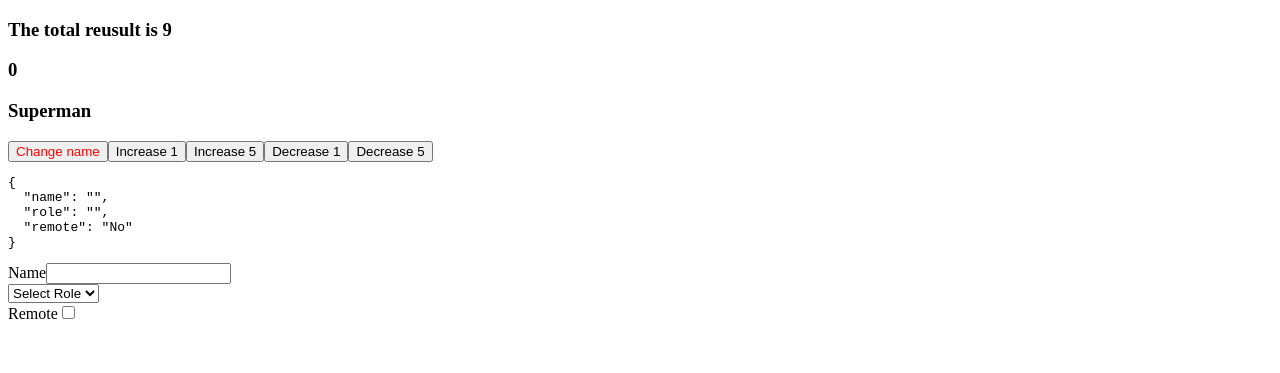
Repository: KZH2001/Vue_Practice
Page: / (app in Tutorial/)
The author's editor kept a copy of each file at every save. The page is drawn from the files as they stood at one save, then again after a run of saves.
The browser window is 1280 px wide. The pictures show the whole page.
The project was rebuilt for these pictures with package versions that can differ from the ones it lists, and the page was loaded fresh each time. Also part of the build but not shown: Tutorial/vite.config.js.

Above is the page before, as saved 2026-01-19 23:09:42.

### Tutorial/src/App.vue


  <template>
  <h3>The total reusult is {{ add(2,3,4) }}</h3>
  <h3>{{ number  }}</h3>

  <h3>{{ name }}</h3>
  <button  v-bind:style="{color:color}" v-on:click="name = 'Batman'">Change name</button>
  <button @click="increaseNumber(1)">Increase 1</button>
  <button @click="increaseNumber(5)">Increase 5</button>
  <button @click="decreaseNumber(1)">Decrease 1</button>
  <button @click="decreaseNumber(5)">Decrease 5</button>

  <pre>{{ JSON.stringify(formValues, null, 2) }}</pre>


  <form action="">
    <label for="name">Name</label>
    <input v-model="formValues.name" id="name" type="text">
    <br>

    <select name="" id="" v-model="formValues.role">
      <option value="">Select Role</option>
      <option value="Web">Web</option>
      <option value="Network">Network</option>
    </select>
    <br>

    <label for="">Remote</label>
    <input v-model="formValues.remote" type="checkbox" true-value ="Yes" false-value="No">
  </form>
  </template>

  <style scoped>

  </style>

  <script >
    export default{


      data(){
        return{
          name: 'Superman',
          color: 'red',
          number: 0,
          formValues: {
            name: '',
            role: '',
            remote: "No",
          }
        }
      },
      methods: {
      add(a,b,c){
        return a+b+c
      },

      increaseNumber(num){
        this.number += num
      },

      decreaseNumber(num){
        this.number -= num
      }

    }

  }

  </script>

Loaded but not shown: Tutorial/index.html (common file); Tutorial/src/main.js (common file)

After the next 6 saves:
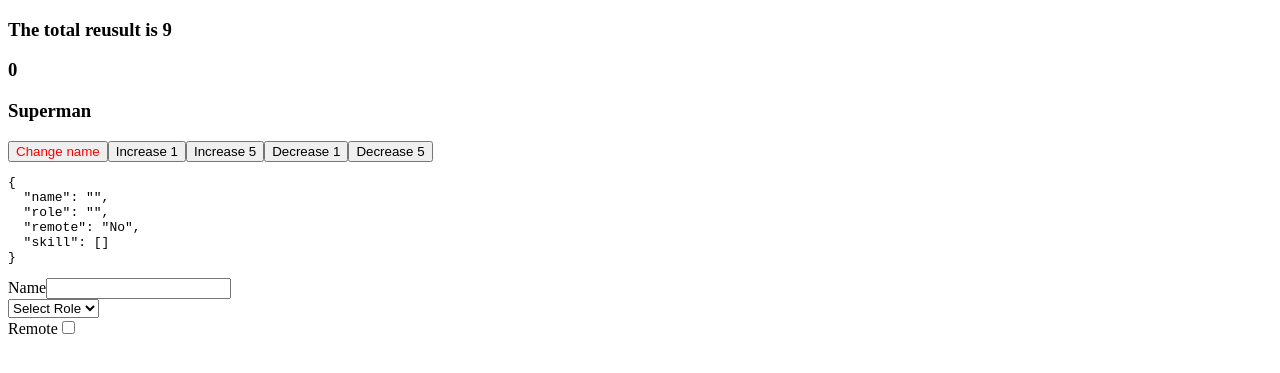
The 6 saves are shown as one change because they came seconds apart.
The last was saved 23 s later.
--- a/Tutorial/src/App.vue
+++ b/Tutorial/src/App.vue
@@ -48,6 +48,7 @@
             name: '',
             role: '',
             remote: "No",
+            skill: [],
           }
         }
       },
